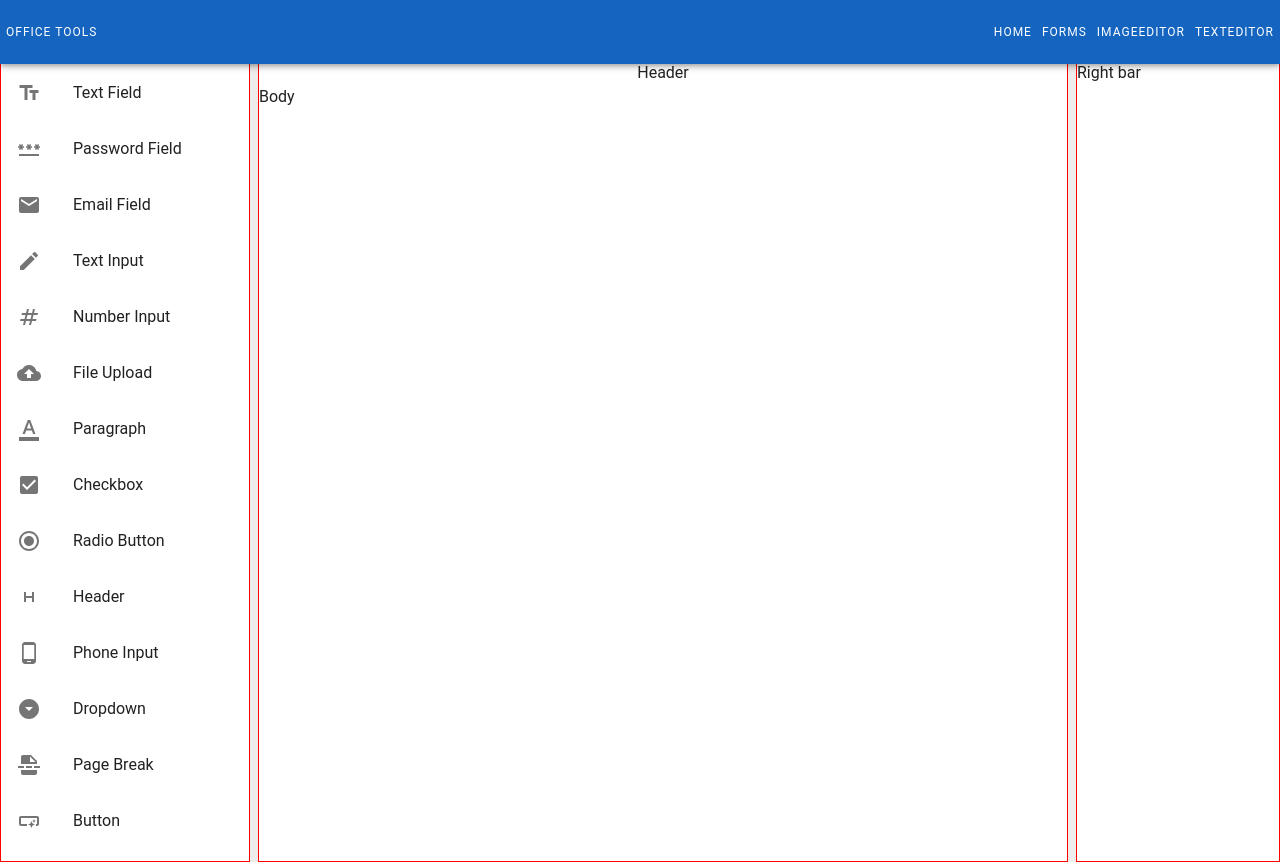
Repository: Vijay-Singh1/office-tools
Page: /form-builder/Create-Form
The author's editor kept a copy of each file at every save. The page is drawn from the files as they stood at one save, then again after the next save.
The browser window is 1280 px wide. The pictures show the whole page.
The project was rebuilt for these pictures with package versions that can differ from the ones it lists, and the page was loaded fresh each time. Also part of the build but not shown: vite.config.ts, src/FormBuilderApp/src/pages/FormBuilderHome.tsx, src/FormBuilderApp/src/pages/OpenForms.tsx, src/App.css, src/components/common/sidebar/Sidebar.tsx, src/ImageEditor/src/pages/ImageEditorHome.tsx, src/ImageEditor/src/pages/CreateImage.tsx, src/DocsEditor/src/pages/DocsEditorHome.tsx and 1 more.

Above is the page before, as saved 2024-09-13 22:31:45.

### index.html
<!doctype html>
<html lang="en">
  <head>
    <meta charset="UTF-8" />
    <link rel="icon" type="image/svg+xml" href="/vite.svg" />
    <meta name="viewport" content="width=device-width, initial-scale=1.0" />
    <title>Office Tools</title>
  </head>
  <body>
    <div id="root"></div>
    <script type="module" src="/src/main.tsx"></script>
  </body>
</html>

### src/main.tsx
import { StrictMode } from 'react'
import { createRoot } from 'react-dom/client'
import App from './App.tsx'
import './index.css'// Import Tailwind CSS
import { ThemeProvider } from '@mui/material/styles';
import CssBaseline from '@mui/material/CssBaseline';
import theme from "./appTheme/appTheme.ts"
import AppRoutes from './routes.js';
createRoot(document.getElementById('root')!).render(
  <StrictMode>
    <ThemeProvider theme={theme}>
    <CssBaseline />
    <AppRoutes />
    </ThemeProvider>
  </StrictMode>,
)

### src/appTheme/appTheme.ts
// src/theme/theme.js

import { createTheme } from '@mui/material/styles';
import { blue,  red, orange, green, grey } from '@mui/material/colors';

const theme = createTheme({
  palette: {
    primary: {
      light: blue[300], // Light shade for hover effects, etc.
      main: blue[600],  // Main primary color
      dark: blue[800],  // Dark shade for contrast
      contrastText: '#ffffff',
    },
    secondary: {
      light: blue[200], // Light blue as a secondary color
      main: blue[400],  // A mid-range blue for secondary actions
      dark: blue[700],  // Darker shade for emphasis
      contrastText: '#ffffff',
    },
    error: {
      main: red[500],
    },
    warning: {
      main: orange[500],
    },
    info: {
      main: blue[300],
    },
    success: {
      main: green[500],
    },
    background: {
      default: '#ffffff',
      paper: blue[50], // Very light blue background for paper components
    },
    text: {
      primary: grey[900],
      secondary: blue[800], // Dark blue text for secondary elements
    },
    action: {
      hover: grey[200], // Light blue on hover
      selected: blue[50], // Even lighter blue when an item is selected
      disabledBackground: blue[50], // Light blue background for disabled items
      disabled: grey[400], // Disabled text color
    },
    divider: blue[100], // Light blue for dividers and borders
  },
  typography: {
    fontFamily: 'Roboto, Arial, sans-serif',
    h1: {
      fontWeight: 700,
      color: blue[800], // Dark blue for headings
    },
    h2: {
      fontWeight: 700,
      color: blue[700], // Slightly lighter for sub-headings
    },
    subtitle1: {
      fontSize: 12,
      letterSpacing : "1px"
    },
  },
  spacing :[0,2,4,6,8,10],
  components: {
    MuiButton: {
      styleOverrides: {
        root: {
          borderRadius: 8,
          '&:hover': {
            backgroundColor: blue[700], // Darker blue on hover
          },
        },
      },
    },
    MuiAppBar: {
      styleOverrides: {
        colorPrimary: {
          backgroundColor: blue[800], // Darker shade for AppBar
        },
      },
    },
    MuiPaper: {
      styleOverrides: {
        root: {
          backgroundColor: blue[50], // Very light blue for paper components
        },
      },
    },
    // Add more component customizations as needed
  },
});

export default theme;

### src/routes.tsx
import React from 'react';
import { createBrowserRouter, RouterProvider } from 'react-router-dom';
import { formBuilderRoutes } from './FormBuilderApp/src/formBuilderRoutes';
import App from './App';
import { imageEditorRoutes } from './ImageEditor/src/ImageEditorRoutes';
import { docsEditorRoutes } from './DocsEditor/src/docsEditorRoutes';

// Combine routes from different modules
const router = createBrowserRouter([
  {
    path: '/',
    element: <App />,
    children: [
      ...formBuilderRoutes,
      ...imageEditorRoutes,
      ...docsEditorRoutes
      // Add other module routes here
    ],
  },
]);

const AppRoutes: React.FC = () => {
  return <RouterProvider router={router} />;
};

export default AppRoutes;

### src/FormBuilderApp/src/formBuilderRoutes.tsx
import React from 'react';
import { RouteObject } from 'react-router-dom';
import FormBuilderHome from './pages/FormBuilderHome';
import CreateForm from './pages/CreateForm';
import OpenForms from './pages/OpenForms';
import FormBuilderMain from './pages/FormBuilderMain';


export const formBuilderRoutes: RouteObject[] = [
  {
    path: 'form-builder',
    element: < FormBuilderMain/>,
    children: [
      {
        path: '/form-builder',
        element: <FormBuilderHome />,
      },
      {
        path: '/form-builder/Create-Form',
        element: <CreateForm />,
      },
      {
        path: '/form-builder/Open-Form',
        element: <OpenForms />,
      },
    ],
  },
];

### src/App.tsx
import { Outlet } from "react-router-dom";
import "./App.css";
import Sidebar from "./components/common/appBar/sidebar/Sidebar";
import { AppBar, Box, IconButton, Stack, Toolbar, Typography,   } from "@mui/material";
import MenuIcon from '@mui/icons-material/Menu';
import Appbar from "./components/common/appBar/Appbar";
import {DndContext} from '@dnd-kit/core';
const App: React.FC = () => {

  return (
    <DndContext>
      <Stack direction="column" bgcolor = "#EEEDEB">
        <Appbar/>
      <Box>
        <Outlet />
      </Box>
      </Stack>
      </DndContext>

  );
};

export default App;

### src/ImageEditor/src/ImageEditorRoutes.tsx
import React from 'react';
import { RouteObject } from 'react-router-dom';
import ImageEditorMain from './pages/ImageEditorMain';
import ImageEditorHome from './pages/ImageEditorHome';
import CreateImage from './pages/CreateImage';


export const imageEditorRoutes: RouteObject[] = [
  {
    path: 'image-editor',
    element: < ImageEditorMain/>,
    children: [
      {
        path: '/image-editor',
        element: <ImageEditorHome />,
      },
      {
        path: '/image-editor/Create-Image',
        element: <CreateImage />,
      },

    ],
  },
];

### src/DocsEditor/src/docsEditorRoutes.tsx
import React from 'react';
import { RouteObject } from 'react-router-dom';
import DocsEditorMain from './pages/DocsEditorMain';
import DocsEditorHome from './pages/DocsEditorHome';
import CreateDocs from './pages/CreateDocs';


export const docsEditorRoutes: RouteObject[] = [
  {
    path: '/docs-editor',
    element: < DocsEditorMain/>,
    children: [
      {
        path: '/docs-editor',
        element: <DocsEditorHome />,
      },
      {
        path: '/docs-editor/Create-docs',
        element: <CreateDocs />,
      },

    ],
  },
];

### src/FormBuilderApp/src/pages/CreateForm.tsx

import Box from '@mui/material/Box';
import React from 'react'
import { Stack } from '@mui/material';
import FormSidebar from '../components/sidebar/Sidebar';
import CenterComponent from '../components/centerComponent/centerComponent';
import RightBar from '../components/RightBar/RightBar';



const CreateForm : React.FC = () => {
  return (
    <Box  flex ={1} minHeight="calc(100vh - 60px)"   >
      <Stack direction="row" spacing={4}  justifyContent={"space-between"} sx={{ height: '100%' }}  >
      <FormSidebar/>
      <CenterComponent/>
      <RightBar/>
</Stack>
    </Box>
  )
}

export default CreateForm

### src/FormBuilderApp/src/pages/FormBuilderMain.tsx
import { Box, Stack } from '@mui/material'
import { Outlet } from 'react-router-dom'



const FormBuilderMain = () => {
  return (
      <Box width={"100%"} >
        <Stack direction="row" spacing={2}>
            <Outlet />
          </Stack>
          </Box>
  )
}

export default FormBuilderMain

### src/components/common/appBar/Appbar.tsx
import { AppBar, Box, styled, Toolbar, Typography } from '@mui/material'
import React from 'react'
import HomeRepairServiceIcon from '@mui/icons-material/HomeRepairService';
import { NavLink } from 'react-router-dom';

const StyledToolBar = styled(Toolbar)({
    display : "flex",
    justifyContent : "space-between"
})

const NavItems = styled(Box)(({theme}) =>({
    color : theme.palette.primary.contrastText,
    display: "flex",
    // border : "1px solid red",
    gap: theme.spacing(5)
}))

const StyledNavLink = styled(NavLink)(({theme})=>({
    width : "40%",
    color : theme.palette.primary.contrastText,
    textDecoration : "none",


}))

const Appbar = () => {
  return (
    <Box sx={{ flexGrow: 1 }} height={"60px"} position="sticky" top={0} zIndex={1000}>
    <AppBar position='static' >
        <StyledToolBar>
        <Typography variant='subtitle1' sx={{display : {sm : "block", xs : "none"}}}>OFFICE TOOLS</Typography>
            <HomeRepairServiceIcon sx={{display : {sm : "none", xs : "block"}}}/>
            <NavItems>
            <StyledNavLink to="/"><Typography variant='subtitle1'>HOME</Typography> </StyledNavLink>
            <StyledNavLink to="/form-builder"><Typography variant='subtitle1'>FORMS</Typography></StyledNavLink>
            <StyledNavLink to="/image-editor"><Typography variant='subtitle1'>IMAGEEDITOR</Typography></StyledNavLink>
            <StyledNavLink to="/docs-editor"><Typography variant='subtitle1'>TEXTEDITOR</Typography></StyledNavLink>
        </NavItems>
        </StyledToolBar>

    </AppBar>
    </Box>
  )
}

export default Appbar

### src/ImageEditor/src/pages/ImageEditorMain.tsx
import { Home } from '@mui/icons-material'
import { Box, Stack } from '@mui/material'
import React from 'react'
import { Outlet } from 'react-router-dom'
import Sidebar from '../../../components/common/sidebar/Sidebar'


const sideBarItem = [
    {
      text :"ImageEditor",
      icon :<Home/>
    },
    {
      text :"ImageEditor",
      icon :<Home/>
    },
    {
      text :"ImageEditor",
      icon :<Home/>
    },
    {
      text :"ImageEditor",
      icon :<Home/>
    },
  ]
const ImageEditorMain = () => {
  return (
    <Box width={"100%"}>
      <Stack direction="row" spacing={2}>
        <Sidebar items ={sideBarItem}/>
          <Outlet />
        </Stack>
        </Box>
  )
}

export default ImageEditorMain

### src/DocsEditor/src/pages/DocsEditorMain.tsx
import { Box, Stack } from '@mui/material'
import React from 'react'
import Sidebar from '../../../components/common/sidebar/Sidebar'
import { Outlet } from 'react-router-dom'
import { Home } from '@mui/icons-material'


const sideBarItem = [
    {
      text :"Docs",
      icon :<Home/>
    },
    {
      text :"Docs",
      icon :<Home/>
    },
    {
      text :"Docs",
      icon :<Home/>
    },
    {
      text :"Docs",
      icon :<Home/>
    },
  ]
const DocsEditorMain = () => {
  return (
    <Box width={"100%"}>
        <Stack direction="row" spacing={2}>
          <Sidebar items ={sideBarItem}/>
            <Outlet />
          </Stack>
          </Box>
  )
}

export default DocsEditorMain

### src/FormBuilderApp/src/components/sidebar/Sidebar.tsx
import { Box, List, ListItem, ListItemButton, ListItemIcon, ListItemText, Radio } from '@mui/material'
import React from 'react'
import { ArrowDropDownCircle, CheckBox, FormatColorText, HMobiledata, Home, InsertPageBreak, PhoneAndroid, RadioButtonChecked, SmartButton } from '@mui/icons-material';
import { SidebarItem } from '../../pages/formTypes';
import TextFieldsIcon from '@mui/icons-material/TextFields';
import PasswordIcon from '@mui/icons-material/Password';
import EmailIcon from '@mui/icons-material/Email';
import CreateIcon from '@mui/icons-material/Create';
import NumbersIcon from '@mui/icons-material/Numbers';
import CloudUploadIcon from '@mui/icons-material/CloudUpload';
import {useDraggable} from '@dnd-kit/core';


const sideBarItem :SidebarItem[] = [
  {
    text :"Text Field",
    icon :<TextFieldsIcon/>
  },
  {
    text :"Password Field",
    icon :<PasswordIcon/>
  },
  {
    text :"Email Field",
    icon :<EmailIcon/>
  },
  {
    text :"Text Input",
    icon :<CreateIcon/>
  },
  {
    text :"Number Input",
    icon :<NumbersIcon/>
  },
  {
    text :"File Upload",
    icon :<CloudUploadIcon/>
  },
  {
    text :"Paragraph",
    icon :<FormatColorText/>
  },
  {
    text :"Checkbox",
    icon :<CheckBox/>
  },
  {
    text :"Radio Button",
    icon :<RadioButtonChecked/>
  },
  {
    text :"Header",
    icon :<HMobiledata/>
  },
  {
    text :"Phone Input",
    icon :<PhoneAndroid/>
  },
  {
    text :"Dropdown",
    icon :<ArrowDropDownCircle/>
  },
  {
    text :"Page Break",
    icon :<InsertPageBreak/>
  },
  {
    text :"Button",
    icon :<SmartButton/>
  },
]

const Draggable = ({ icon , text, id, label }) => {
  const { attributes, listeners, setNodeRef, transform } = useDraggable({
    id,
  });

  const style = {
    transform: `translate3d(${transform?.x}px, ${transform?.y}px, 0)`,
    // padding: '8px',
    // border: '1px solid #ccc',
    marginBottom: '8px',
    cursor: 'grab',
  };

  return (

      <ListItem disablePadding ref={setNodeRef} style={style} {...listeners} {...attributes}
       >
          <ListItemButton  >
            <ListItemIcon>
              {icon}
            </ListItemIcon>
            <ListItemText >{text}</ListItemText>

          </ListItemButton>
        </ListItem>

  );
};


const FormSidebar:React.FC<SidebarItem> = () => {
  return (
    <Box
    width="250px"
    overflowY="auto"
    bgcolor="white"
    border="1px solid red"
    sx={{ height: '100%' }}  >
      <List>
      {sideBarItem?.map((item, idx) =>(
        <Draggable key={idx}  icon = {item.icon}  text  = {item.text} id={idx}  />
      ))}
      </List>
    </Box>
  )
}

export default FormSidebar

### src/FormBuilderApp/src/components/centerComponent/centerComponent.jsx
import { Box, Stack } from '@mui/material'
import React from 'react'
import FormSidebar from '../sidebar/Sidebar'
import { Home } from '@mui/icons-material'


const CenterComponent = () => {
  return (
    <Box flex={4} bgcolor={"white"} width="250px"
    overflowY="auto"
    border="1px solid red"
    sx={{ height: '100%' }}  >
      <Stack direction={'column'} spacing={6}>
        <Box bgcolor={"white"} flex ={1} display={"flex"} justifyContent={"center"} >Header</Box>
        <Box>Body</Box>
      </Stack>
    </Box >
  )
}

export default CenterComponent

### src/FormBuilderApp/src/components/RightBar/RightBar.jsx
import { Box } from '@mui/material'
import React from 'react'

const RightBar = () => {
  return (
    <Box flex={1}  width="250px"
    overflowY="auto"
    bgcolor="white"
    border="1px solid red"
    sx={{ height: '100%' }}>
      Right bar
    </Box>
  )
}

export default RightBar

Loaded but not shown: src/index.css (common file)

After the next save:
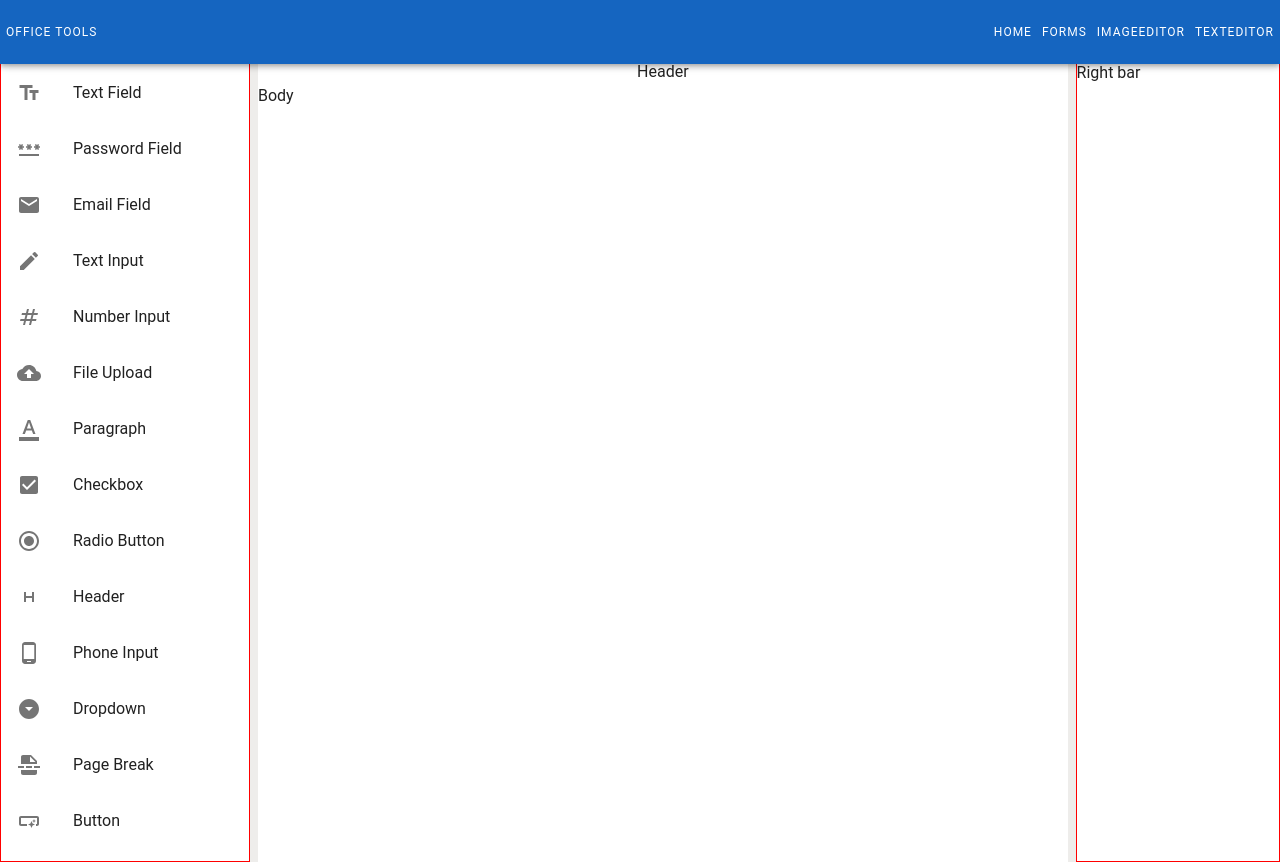
Saved 6 min 35 s later.
--- a/src/FormBuilderApp/src/components/centerComponent/centerComponent.jsx
+++ b/src/FormBuilderApp/src/components/centerComponent/centerComponent.jsx
@@ -8,7 +8,7 @@ const CenterComponent = () => {
   return (
     <Box flex={4} bgcolor={"white"} width="250px"
     overflowY="auto"
-    border="1px solid red"
+
     sx={{ height: '100%' }}  >
       <Stack direction={'column'} spacing={6}>
         <Box bgcolor={"white"} flex ={1} display={"flex"} justifyContent={"center"} >Header</Box>
